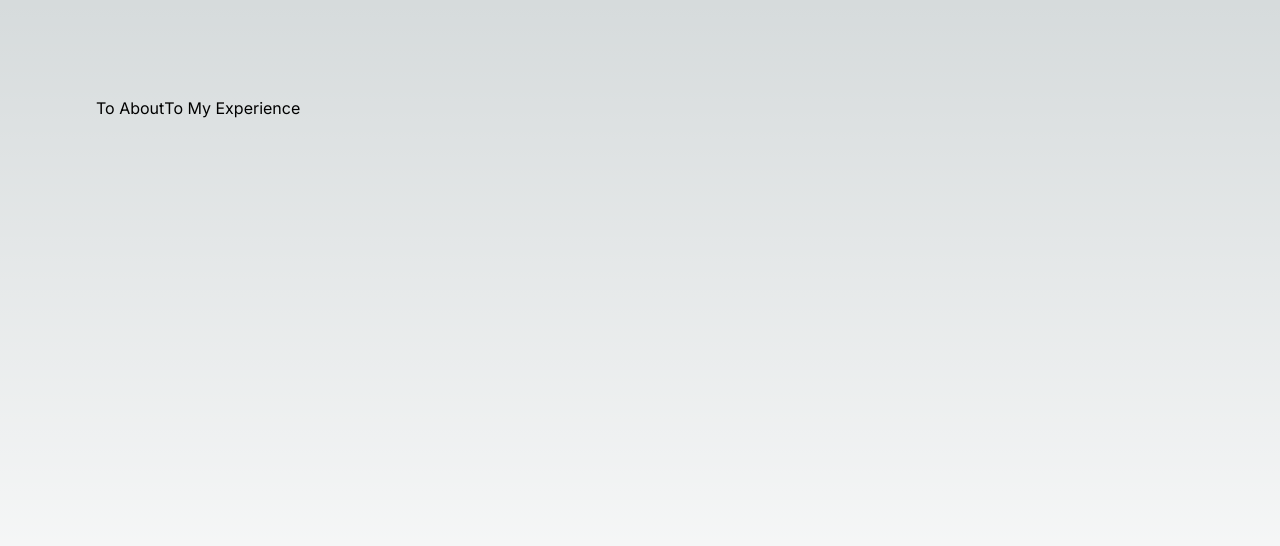
Repository: ShellyDeng08/learn-nextjs-course
Page: /
An editor plug-in stored every save of this project. The page is shown before and after the next save, followed by the edit.
The browser window is 1280 px wide. The pictures show the whole page.
The project was rebuilt for these pictures with package versions that can differ from the ones it lists, and the page was loaded fresh each time. The framework's server and built-in components were replaced by stand-ins that run in the browser. Also part of the build but not shown: next.config.js.

Above is the page before, as saved 2023-12-21 11:24:25.

### src/app/page.tsx
import Image from 'next/image'
import Link from 'next/link'

export default function Home() {
  return (
    <main className="flex min-h-screen center p-24">
      <Link href={'/about'}>To About</Link>
      <Link href={'/about/experience'}>To My Experience</Link>
    </main>
  )
}

Loaded but not shown: src/app/layout.tsx (common file); src/app/globals.css (common file); tailwind.config.ts (common file)

After the next save:
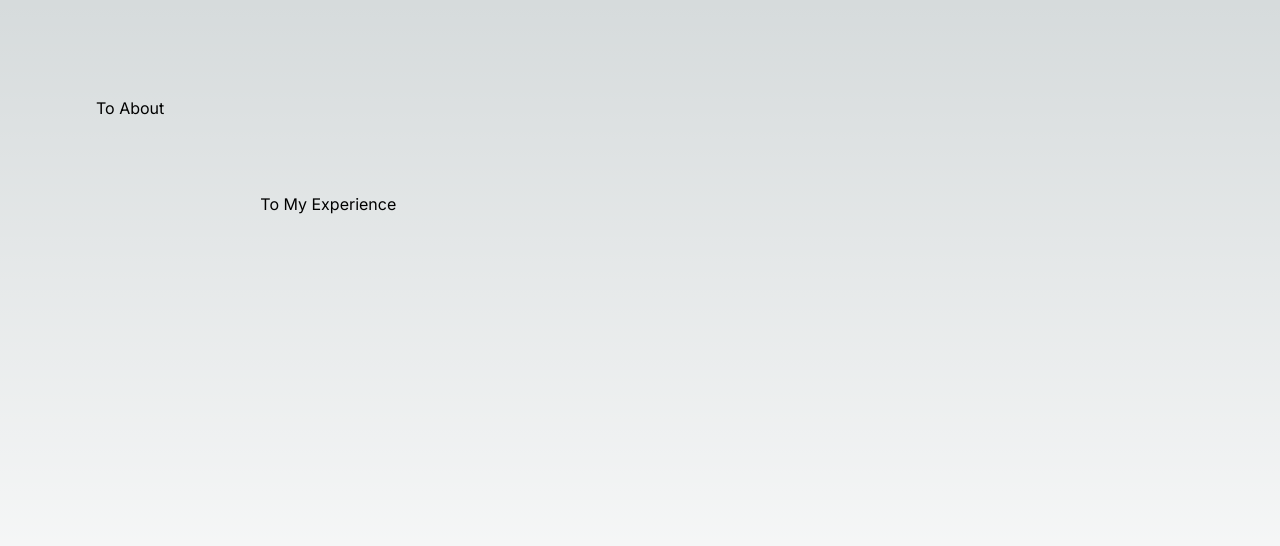
Saved 14 s later.
--- a/src/app/page.tsx
+++ b/src/app/page.tsx
@@ -5,7 +5,7 @@ export default function Home() {
   return (
     <main className="flex min-h-screen center p-24">
       <Link href={'/about'}>To About</Link>
-      <Link href={'/about/experience'}>To My Experience</Link>
+      <Link href={'/about/experience'} className='p-24'>To My Experience</Link>
     </main>
   )
 }
